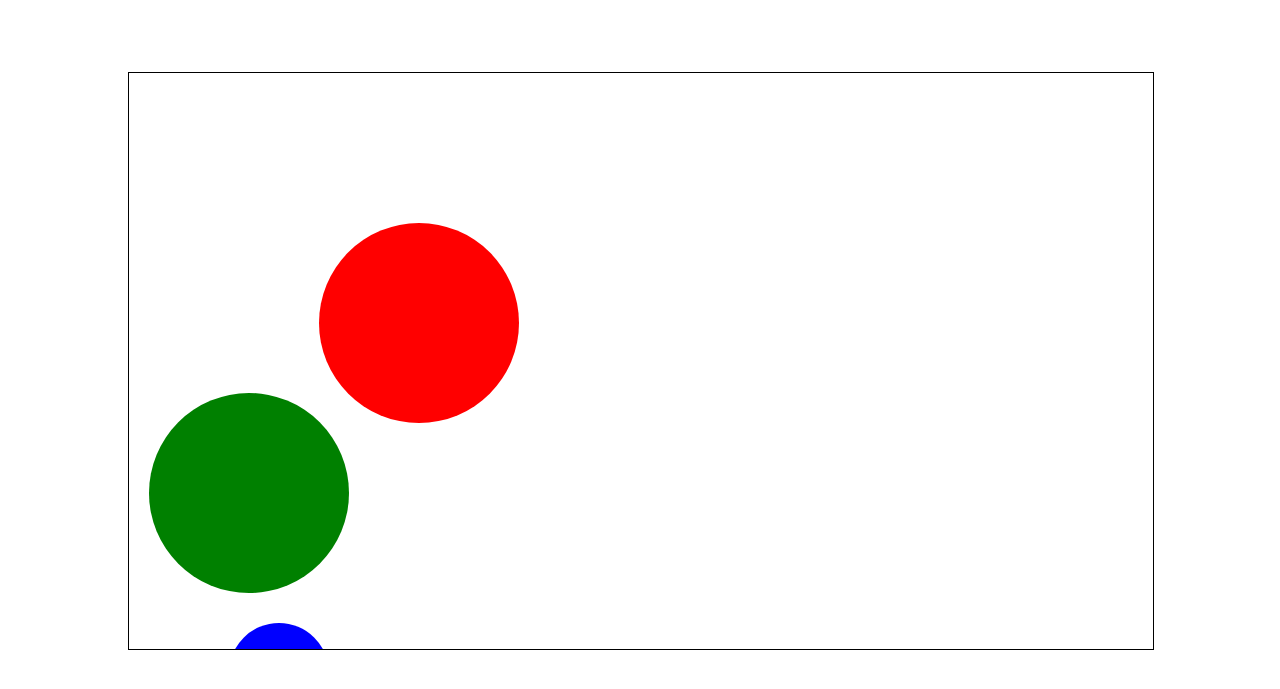
Repository: themoomooo/testgitajout
Page: index.html
The author's editor kept a copy of each file at every save. The page is drawn from the files as they stood at one save, then again after the next save.
The browser window is 1280 px wide. The pictures show the whole page.

Above is the page before, as saved 2023-01-23 16:14:22.

After the next save:
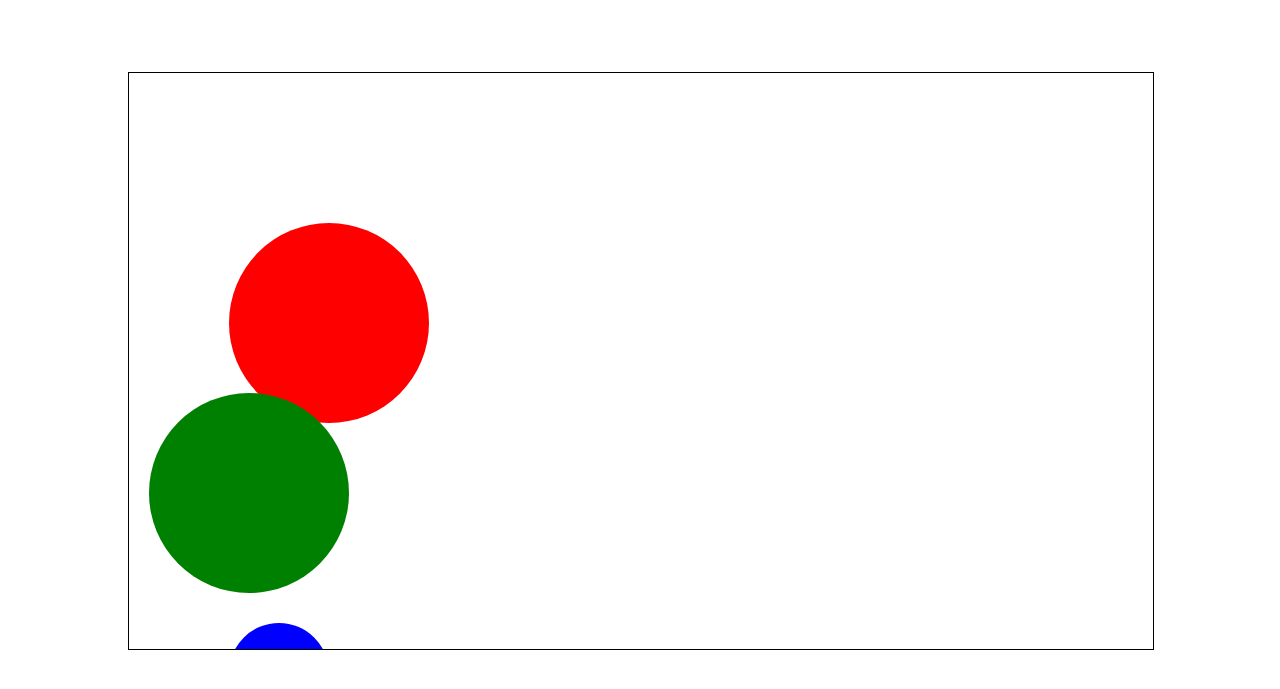
Saved 18 s later.
--- a/main.js
+++ b/main.js
@@ -54,7 +54,7 @@ class Prog {
    }
 
     move(){
-        this.balles[0].move();
+
      /*   for (let i = 0; i < this.balles.length; i++) {
 
         this.balles[i].move();
